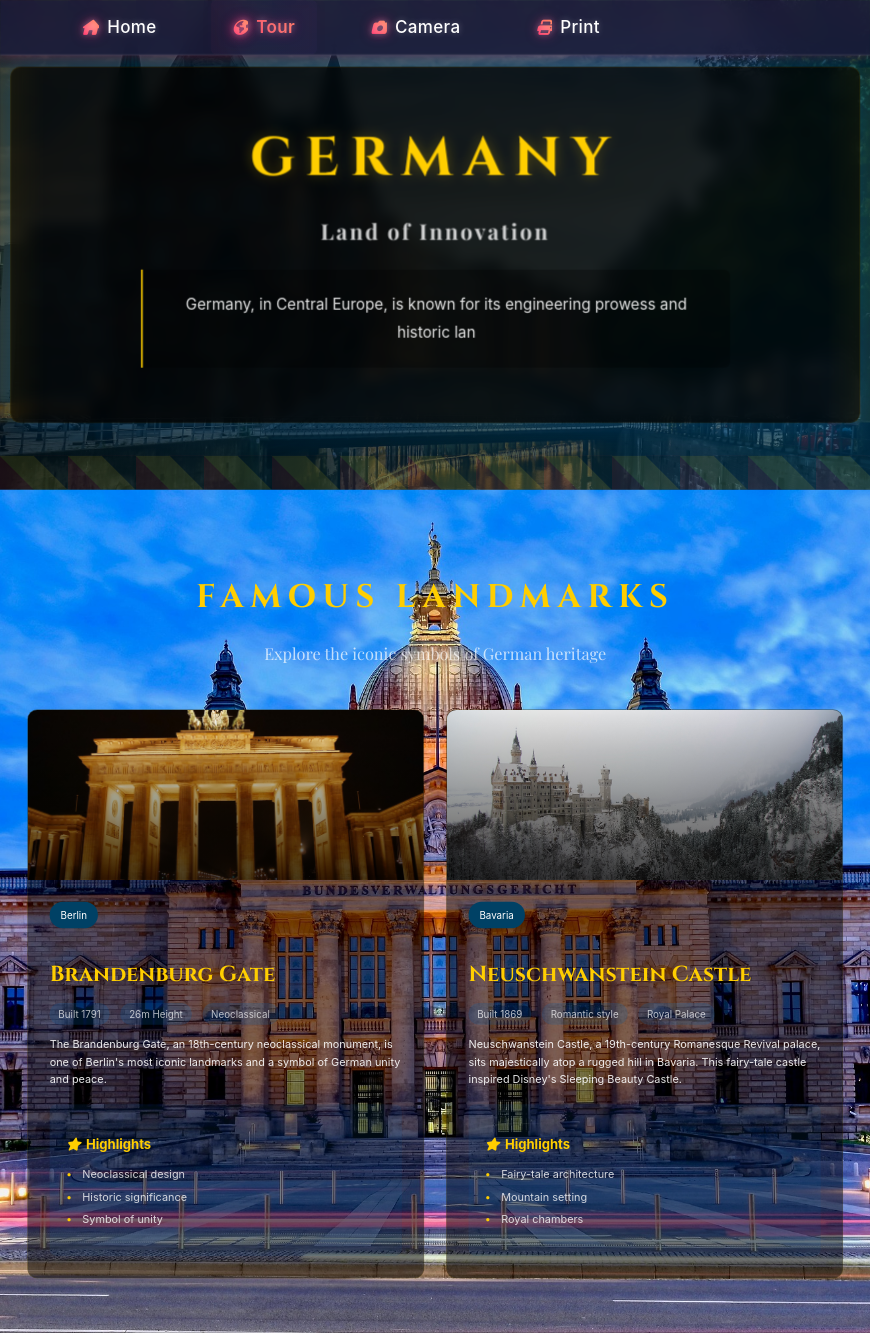
Repository: huang-heavenly-Emperor/NewYork
Page: Germany.html
These files come from the project's save history. The page is drawn as it stood at one moment and after the next save; the edit follows.
The browser window is 1280 px wide. The pictures show the whole page, at 68% of full size.

Above is the page before, as saved 2025-02-19 16:42:13.

### Germany.html
<!DOCTYPE html>
<html lang="en">

<head>
  <meta charset="UTF-8">
  <meta name="viewport" content="width=device-width, initial-scale=1.0">
  <title>Germany - Tour</title>
  <link rel="stylesheet" href="css/style.css">
  <link rel="stylesheet" href="css/germany.css">
  <link rel="stylesheet" href="css/animations.css">
  <link rel="stylesheet" href="lib/font-awesome.css">
  <link rel="preconnect" href="https://fonts.googleapis.com">
  <link rel="preconnect" href="https://fonts.gstatic.com" crossorigin>
  <link href="https://fonts.googleapis.com/css2?family=Cinzel:wght@400;700&family=Playfair+Display:wght@400;700&display=swap" rel="stylesheet">
</head>

<body>
  <!-- 主要内容区 -->
  <main class="main-content">
    <!-- 英雄横幅 -->
    <div class="hero-banner">
      <div class="overlay"></div>
      <div class="german-pattern top"></div>
      <div class="german-pattern bottom"></div>

      <!-- 导航栏 -->
      <nav class="main-nav">
        <ul class="nav-links">
          <li>
            <a href="index.html">
              <i class="fas fa-home"></i>
              Home
            </a>
          </li>
          <li class="dropdown">
            <a href="tour.html" class="active">
              <i class="fas fa-globe-americas"></i>
              Tour
            </a>
            <ul class="dropdown-menu">
              <li class="nested-dropdown">
                <a href="#">
                  Asia
                </a>
                <ul class="nested-dropdown-menu">
                  <li class="nested-dropdown">
                    <a href="china.html">
                      China
                    </a>
                    <ul class="nested-dropdown-menu">
                      <li>
                        <a href="great-wall.html">
                          <span>Great Wall</span>
                        </a>
                      </li>
                      <li>
                        <a href="forbidden-city.html">
                          <span>Forbidden City</span>
                        </a>
                      </li>
                      <li>
                        <a href="yellow-mountain.html">
                          <span>Yellow Mountain</span>
                        </a>
                      </li>
                    </ul>
                  </li>
                  <li class="nested-dropdown">
                    <a href="japan.html">
                      Japan
                    </a>
                    <ul class="nested-dropdown-menu">
                      <li>
                        <a href="mount-fuji.html">
                          <span>Mount Fuji</span>
                        </a>
                      </li>
                      <li>
                        <a href="kyoto.html">
                          <span>Kyoto Temples</span>
                        </a>
                      </li>
                      <li>
                        <a href="tokyo.html">
                          <span>Tokyo Tower</span>
                        </a>
                      </li>
                    </ul>
                  </li>
                </ul>
              </li>
              <li class="nested-dropdown">
                <a href="#">
                  Africa
                </a>
                <ul class="nested-dropdown-menu">
                  <li class="nested-dropdown">
                    <a href="egypt.html">
                      Egypt
                    </a>
                    <ul class="nested-dropdown-menu">
                      <li>
                        <a href="pyramids.html">
                          <span>Pyramids</span>
                        </a>
                      </li>
                      <li>
                        <a href="sphinx.html">
                          <span>Sphinx</span>
                        </a>
                      </li>
                      <li>
                        <a href="nile.html">
                          <span>Nile River</span>
                        </a>
                      </li>
                    </ul>
                  </li>
                </ul>
              </li>
              <li class="nested-dropdown">
                <a href="#" class="active">
                  Europe
                </a>
                <ul class="nested-dropdown-menu">
                  <li class="nested-dropdown">
                    <a href="france.html">
                      France
                    </a>
                    <ul class="nested-dropdown-menu">
                      <li>
                        <a href="eiffel.html">
                          <span>Eiffel Tower</span>
                        </a>
                      </li>
                      <li>
                        <a href="louvre.html">
                          <span>Louvre Museum</span>
                        </a>
                      </li>
                    </ul>
                  </li>
                  <li class="nested-dropdown">
                    <a href="italy.html">
                      Italy
                    </a>
                    <ul class="nested-dropdown-menu">
                      <li>
                        <a href="colosseum.html">
                          <span>Colosseum</span>
                        </a>
                      </li>
                      <li>
                        <a href="vatican.html">
                          <span>Vatican City</span>
                        </a>
                      </li>
                    </ul>
                  </li>
                  <li class="nested-dropdown">
                    <a href="uk.html">
                      United Kingdom
                    </a>
                    <ul class="nested-dropdown-menu">
                      <li>
                        <a href="big-ben.html">
                          <span>Big Ben</span>
                        </a>
                      </li>
                      <li>
                        <a href="tower-bridge.html">
                          <span>Tower Bridge</span>
                        </a>
                      </li>
                    </ul>
                  </li>
                  <li class="nested-dropdown">
                    <a href="germany.html" class="active">
                      Germany
                    </a>
                    <ul class="nested-dropdown-menu">
                      <li>
                        <a href="brandenburg.html">
                          <span>Brandenburg Gate</span>
                        </a>
                      </li>
                      <li>
                        <a href="neuschwanstein.html">
                          <span>Neuschwanstein</span>
                        </a>
                      </li>
                    </ul>
                  </li>
                </ul>
              </li>
              <li class="nested-dropdown">
                <a href="tour.html">
                  America
                </a>
                <ul class="nested-dropdown-menu">
                  <li class="usa-dropdown">
                    <a href="tour.html">
                      The USA
                    </a>
                    <ul class="usa-dropdown-menu">
                      <li>
                        <a href="wall-street.html">
                          <span>Wall Street</span>
                        </a>
                      </li>
                      <li>
                        <a href="times-square.html">
                          <span>Times Square</span>
                        </a>
                      </li>
                      <li>
                        <a href="central-park.html">
                          <span>Central Park</span>
                        </a>
                      </li>
                      <li>
                        <a href="broadway.html">
                          <span>Broadway</span>
                        </a>
                      </li>
                    </ul>
                  </li>
                </ul>
              </li>
              <li>
                <a href="others.html">
                  Others
                </a>
              </li>
            </ul>
          </li>
          <li>
            <a href="camera.html">
              <i class="fas fa-camera"></i>
              Camera
            </a>
          </li>
          <li>
            <a href="print.html">
              <i class="fas fa-print"></i>
              Print
            </a>
          </li>
        </ul>
      </nav>

      <!-- 卷轴容器 -->
      <div class="scroll-container">
        <div class="scroll-decoration left"></div>
        <div class="scroll-decoration right"></div>
        <div class="scroll-inner">
          <h1 class="city-title">
            <span class="english-title">Germany</span>
            <span class="subtitle">Land of Innovation</span>
          </h1>
          <div class="intro-quote typewriter-text" data-text="Germany, in Central Europe, is known for its engineering prowess and historic landmarks. Berlin, its capital, features the Brandenburg Gate and remnants of the Berlin Wall. Germany is famous for its beer culture, Oktoberfest, and contributions to classical music with composers like Beethoven. Its diverse regions include the Black Forest and Bavarian Alps.">
          </div>
        </div>
      </div>
    </div>

    <!-- 地标部分 -->
    <section class="continent-section">
      <div class="section-header">
        <h2 class="section-title">Famous Landmarks</h2>
        <p class="section-subtitle">Explore the iconic symbols of German heritage</p>
      </div>

      <!-- 地标卡片网格 -->
      <div class="landmark-grid">
        <!-- 勃兰登堡门卡片 -->
        <a href="brandenburg.html" class="landmark-link">
          <div class="landmark-card">
            <div class="landmark-image">
              <img src="images/brandenburg.jpg" alt="Brandenburg Gate">
              <div class="image-overlay"></div>
            </div>
            <div class="landmark-content">
              <div class="content-inner">
                <span class="location-tag">Berlin</span>
                <h2>Brandenburg Gate</h2>
                <div class="quick-info">
                  <span>Built 1791</span>
                  <span>26m Height</span>
                  <span>Neoclassical</span>
                </div>
                <p class="description">
                  The Brandenburg Gate, an 18th-century neoclassical monument, is one of Berlin's most iconic landmarks and a symbol of German unity and peace.
                </p>
                <div class="highlights">
                  <h3><i class="fas fa-star"></i> Highlights</h3>
                  <ul>
                    <li>Neoclassical design</li>
                    <li>Historic significance</li>
                    <li>Symbol of unity</li>
                  </ul>
                </div>
              </div>
            </div>
          </div>
        </a>

        <!-- 新天鹅堡卡片 -->
        <a href="neuschwanstein.html" class="landmark-link">
          <div class="landmark-card">
            <div class="landmark-image">
              <img src="images/neuschwanstein.jpg" alt="Neuschwanstein Castle">
              <div class="image-overlay"></div>
            </div>
            <div class="landmark-content">
              <div class="content-inner">
                <span class="location-tag">Bavaria</span>
                <h2>Neuschwanstein Castle</h2>
                <div class="quick-info">
                  <span>Built 1869</span>
                  <span>Romantic style</span>
                  <span>Royal Palace</span>
                </div>
                <p class="description">
                  Neuschwanstein Castle, a 19th-century Romanesque Revival palace, sits majestically atop a rugged hill in Bavaria. This fairy-tale castle inspired Disney's Sleeping Beauty Castle.
                </p>
                <div class="highlights">
                  <h3><i class="fas fa-star"></i> Highlights</h3>
                  <ul>
                    <li>Fairy-tale architecture</li>
                    <li>Mountain setting</li>
                    <li>Royal chambers</li>
                  </ul>
                </div>
              </div>
            </div>
          </div>
        </a>
      </div>
    </section>
  </main>

  <script>
    document.addEventListener('DOMContentLoaded', function() {
      const typewriterText = document.querySelector('.typewriter-text');
      const text = typewriterText.getAttribute('data-text');
      typewriterText.textContent = '';

      let charIndex = 0;
      const typingSpeed = 50;

      function typeText() {
        if (charIndex < text.length) {
          typewriterText.textContent += text.charAt(charIndex);
          charIndex++;
          setTimeout(typeText, typingSpeed);
        } else {
          typewriterText.classList.add('typing-complete');
        }
      }

      setTimeout(typeText, 1000);
    });
  </script>
</body>

</html>

### css/germany.css
/* 基础变量 */
:root {
    --german-black: #000000;     /* 德国国旗黑色 */
    --german-red: #DD0000;       /* 德国国旗红色 */
    --german-gold: #FFCE00;      /* 德国国旗金色 */
    --prussian-blue: #004165;    /* 普鲁士蓝 */
    --bavarian-blue: #0066B3;    /* 巴伐利亚蓝 */
}

body {
    font-family: 'Inter', sans-serif;
    line-height: 1.6;
    color: #ffffff;
    background: var(--german-black);
}

a {
    text-decoration: none;
}

/* 主要内容区 */
.main-content {
    min-height: 100vh;
    background: var(--german-black);
    position: relative;
}

/* 英雄横幅 */
.hero-banner {
    position: relative;
    width: 100%;
    height: 100vh;
    background: url('../images/germany-bg.jpg') center/cover no-repeat;
    display: flex;
    align-items: center;
    justify-content: center;
    overflow: hidden;
}

.overlay {
    position: absolute;
    top: 0;
    left: 0;
    width: 100%;
    height: 100%;
    background: linear-gradient(
        135deg,
        rgba(0, 0, 0, 0.7),
        rgba(0, 65, 101, 0.6)
    );
    z-index: 1;
}

/* 德国风格装饰图案 */
.german-pattern {
    position: absolute;
    width: 100%;
    height: 100px;
    background-image: linear-gradient(
        45deg,
        var(--german-black) 25%,
        var(--german-red) 25%,
        var(--german-red) 50%,
        var(--german-gold) 50%,
        var(--german-gold) 75%,
        var(--german-black) 75%
    );
    background-size: 100px 100px;
    opacity: 0.1;
    z-index: 2;
}

.german-pattern.top {
    top: 0;
    transform: translateY(-50%);
}

.german-pattern.bottom {
    bottom: 0;
    transform: translateY(50%);
}

/* 卷轴容器 */
.scroll-container {
    position: relative;
    max-width: 1200px;
    width: 90%;
    padding: 3rem;
    z-index: 3;
    background: rgba(0, 0, 0, 0.7);
    border-radius: 15px;
    box-shadow: 0 0 50px rgba(0, 102, 179, 0.3);
    backdrop-filter: blur(10px);
    border: 1px solid rgba(255, 206, 0, 0.1);
}

.scroll-decoration {
    position: absolute;
    width: 100px;
    height: 100%;
    top: 0;
    background: linear-gradient(
        to right,
        var(--german-gold),
        transparent
    );
    opacity: 0.1;
}

.scroll-decoration.left {
    left: 0;
    transform: translateX(-50%);
}

.scroll-decoration.right {
    right: 0;
    transform: translateX(50%);
    background: linear-gradient(
        to left,
        var(--german-gold),
        transparent
    );
}

.scroll-inner {
    position: relative;
    text-align: center;
}

/* 标题样式 */
.city-title {
    margin-bottom: 2rem;
}

.city-title .english-title {
    display: block;
    font-size: 5rem;
    font-family: 'Cinzel', serif;
    color: var(--german-gold);
    text-transform: uppercase;
    letter-spacing: 0.2em;
    margin-bottom: 1rem;
    text-shadow: 0 0 20px rgba(255, 206, 0, 0.3);
    animation: titleReveal 1.5s ease forwards;
}

.city-title .subtitle {
    display: block;
    font-size: 2rem;
    font-family: 'Playfair Display', serif;
    color: #ffffff;
    letter-spacing: 0.1em;
    opacity: 0.8;
}

/* 引言文字 */
.intro-quote {
    font-size: 1.4rem;
    line-height: 1.8;
    color: rgba(255, 255, 255, 0.9);
    margin: 2rem auto;
    max-width: 800px;
    position: relative;
    padding: 2rem;
    border-left: 3px solid var(--german-gold);
    background: rgba(0, 0, 0, 0.3);
    border-radius: 0 10px 10px 0;
}

/* 地标部分 */
.continent-section {
    padding: 5rem 2rem;
 background: url('../images/germany-bg2.jpg') center/cover no-repeat ;
    position: relative;
}

.section-header {
    text-align: center;
    margin-bottom: 4rem;
}

.section-title {
    font-size: 3rem;
    color: var(--german-gold);
    font-family: 'Cinzel', serif;
    margin-bottom: 1rem;
    text-transform: uppercase;
    letter-spacing: 0.2em;
}

.section-subtitle {
    font-size: 1.5rem;
    color: rgba(255, 255, 255, 0.7);
    font-family: 'Playfair Display', serif;
}

/* 地标卡片网格 */
.landmark-grid {
    display: grid;
    grid-template-columns: repeat(auto-fit, minmax(300px, 1fr));
    gap: 2rem;
    max-width: 1200px;
    margin: 0 auto;
}

.landmark-card {
    background: rgba(0, 0, 0, 0.5);
    border-radius: 15px;
    overflow: hidden;
    transition: all 0.3s ease;
    border: 1px solid rgba(255, 206, 0, 0.1);
}

.landmark-card:hover {
    transform: translateY(-10px);
    box-shadow: 0 10px 30px rgba(0, 102, 179, 0.3);
    border-color: rgba(255, 206, 0, 0.3);
}

.landmark-image {
    position: relative;
    width: 100%;
    height: 250px;
    overflow: hidden;
}

.landmark-image img {
    width: 100%;
    height: 100%;
    object-fit: cover;
    transition: all 0.5s ease;
}

.landmark-card:hover .landmark-image img {
    transform: scale(1.1);
}

.image-overlay {
    position: absolute;
    top: 0;
    left: 0;
    width: 100%;
    height: 100%;
    background: linear-gradient(
        to bottom,
        transparent,
        rgba(0, 0, 0, 0.7)
    );
}

.landmark-content {
    padding: 2rem;
}

.location-tag {
    display: inline-block;
    padding: 0.5rem 1rem;
    background: var(--prussian-blue);
    color: #ffffff;
    border-radius: 20px;
    font-size: 0.9rem;
    margin-bottom: 1rem;
}

.landmark-content h2 {
    font-size: 2rem;
    color: var(--german-gold);
    margin-bottom: 1rem;
    font-family: 'Cinzel', serif;
}

.quick-info {
    display: flex;
    gap: 1rem;
    margin-bottom: 1rem;
    flex-wrap: wrap;
}

.quick-info span {
    font-size: 0.9rem;
    color: rgba(255, 255, 255, 0.7);
    background: rgba(0, 102, 179, 0.2);
    padding: 0.3rem 0.8rem;
    border-radius: 15px;
}

.description {
    font-size: 1rem;
    color: rgba(255, 255, 255, 0.9);
    margin-bottom: 1.5rem;
    line-height: 1.6;
}

.highlights {
    background: rgba(0, 102, 179, 0.1);
    padding: 1.5rem;
    border-radius: 10px;
}

.highlights h3 {
    color: var(--german-gold);
    font-size: 1.2rem;
    margin-bottom: 1rem;
    display: flex;
    align-items: center;
    gap: 0.5rem;
}

.highlights ul {
    list-style: none;
    padding: 0;
}

.highlights li {
    color: rgba(255, 255, 255, 0.8);
    margin-bottom: 0.5rem;
    padding-left: 1.5rem;
    position: relative;
}

.highlights li::before {
    content: '•';
    color: var(--german-gold);
    position: absolute;
    left: 0;
}

/* 动画 */
@keyframes titleReveal {
    0% {
        opacity: 0;
        transform: translateY(-20px);
    }
    100% {
        opacity: 1;
        transform: translateY(0);
    }
}

/* 响应式设计 */
@media (max-width: 1200px) {
    .scroll-container {
        width: 95%;
        padding: 2rem;
    }

    .city-title .english-title {
        font-size: 4rem;
    }

    .intro-quote {
        font-size: 1.2rem;
    }
}

@media (max-width: 768px) {
    .scroll-container {
        padding: 1.5rem;
    }

    .city-title .english-title {
        font-size: 3rem;
    }

    .intro-quote {
        font-size: 1.1rem;
        padding: 1.5rem;
    }

    .section-title {
        font-size: 2.5rem;
    }

    .section-subtitle {
        font-size: 1.2rem;
    }

    .landmark-grid {
        grid-template-columns: 1fr;
    }
}

@media (max-width: 480px) {
    .scroll-container {
        padding: 1rem;
    }

    .city-title .english-title {
        font-size: 2.5rem;
    }

    .intro-quote {
        font-size: 1rem;
        padding: 1rem;
    }

    .section-title {
        font-size: 2rem;
    }

    .section-subtitle {
        font-size: 1.1rem;
    }

    .landmark-content {
        padding: 1.5rem;
    }

    .landmark-content h2 {
        font-size: 1.8rem;
    }
}

### lib/font-awesome.css
@font-face {
    font-family: 'Font Awesome 6 Free';
    font-style: normal;
    font-weight: 900;
    src: url('webfonts/fa-solid-900.woff2') format('woff2');
}

.fas {
    font-family: 'Font Awesome 6 Free';
    font-weight: 900;
}

.fa-home:before {
    content: "\f015";
}

.fa-globe-americas:before {
    content: "\f57d";
}

.fa-torii-gate:before {
    content: "\f6a1";
}

.fa-sun:before {
    content: "\f185";
}

.fa-landmark:before {
    content: "\f66f";
}

.fa-flag-usa:before {
    content: "\f74d";
}

.fa-star:before {
    content: "\f005";
}

.fa-chart-line:before {
    content: "\f201";
}

.fa-city:before {
    content: "\f64f";
}

.fa-tree:before {
    content: "\f1bb";
}

.fa-theater-masks:before {
    content: "\f630";
}

.fa-ellipsis-h:before {
    content: "\f141";
}

.fa-camera:before {
    content: "\f030";
}

.fa-print:before {
    content: "\f02f";
}

.fa-arrow-left:before {
    content: "\f060";
}

Loaded but not shown: css/style.css (502 lines, source omitted); css/animations.css (299 lines, source omitted)

After the next save:
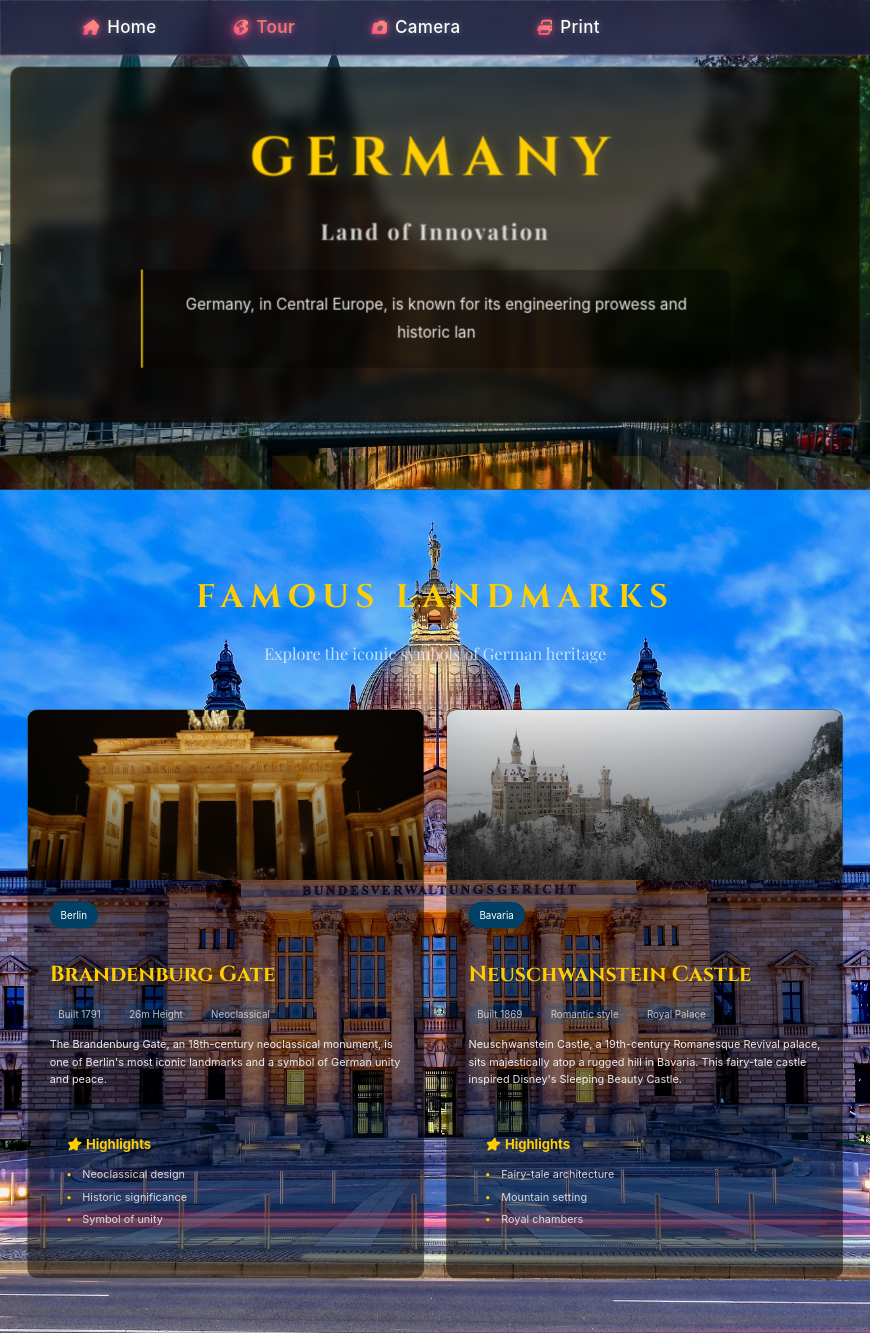
Saved 21 s later.
--- a/css/germany.css
+++ b/css/germany.css
@@ -43,11 +43,7 @@ a {
     left: 0;
     width: 100%;
     height: 100%;
-    background: linear-gradient(
-        135deg,
-        rgba(0, 0, 0, 0.7),
-        rgba(0, 65, 101, 0.6)
-    );
+
     z-index: 1;
 }
 
